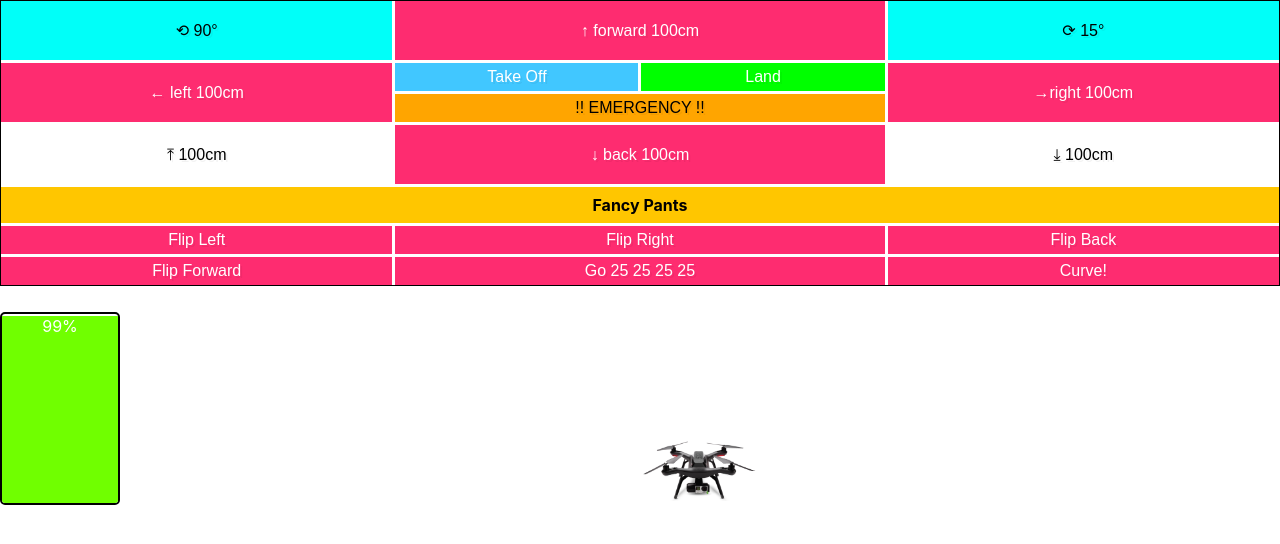
Repository: JivkoJelev91/Drone-Simulator
Page: /
An editor plug-in stored every save of this project. The page is shown before and after the next save, followed by the edit.
The browser window is 1280 px wide. The pictures show the whole page.
The project was rebuilt for these pictures with package versions that can differ from the ones it lists, and the page was loaded fresh each time.

Above is the page before, as saved 2018-12-18 17:55:01.

### src/index.css
body {
  margin: 0;
  padding: 0;
  font-family: -apple-system, BlinkMacSystemFont, "Segoe UI", "Roboto", "Oxygen",
    "Ubuntu", "Cantarell", "Fira Sans", "Droid Sans", "Helvetica Neue",
    sans-serif;
  -webkit-font-smoothing: antialiased;
  -moz-osx-font-smoothing: grayscale;
}

code {
  font-family: source-code-pro, Menlo, Monaco, Consolas, "Courier New",
    monospace;
}

.view{
  display:flex;
  padding-top:2%;

}

.parentDrone{
  width:100%;
  padding-top: 10%;
  display:flex;
  justify-content: center;
  /* transform: rotate(0deg);  */
  /* transform: translateZ(-100px) */
}

.drone img {
  width: 100%;

}

.drone{
  width:10%;

}

.batteryStyles{
  width: 10%;
  border: 2px solid black;
  border-radius: 5px;
  overflow: hidden;
  display: flex;
  flex-direction: column-reverse;
}

.batteryLevel {
  transition: all 0.5s;
  height: 100%;
  text-align: center;
  color: white;
  display: block;
  background: var(--color);
  background: #70ff00;
}

.CommandGrid{
  display: grid;
  grid-template-columns: 1fr 1.25fr 1fr;
  grid-template-rows: repeat(3, 1fr);
  border: 1px solid black;
  grid-gap: 3px;
}

.CommandGrid .center{
  display: grid;
  grid-gap: 3px;
  grid-template-columns: 1fr 1fr;
}

.CommandGrid h2{
  grid-column: 1 / -1;
  background: #ffc600;
  margin: 0;
  font-size: 1rem;
  text-align: center;
  padding: 0.5rem;
  color: black;
}

.CommandGrid .center button:last-child{
  grid-column: span 2;
}

.CommandGrid   button {
  text-shadow: 2px 2px 0 rgba(0, 0, 0, 0.05);
  border: 0;
  background: #fe2c70;
  border: 4px solid transparent;
  color: white;
  font-size: 1rem;
  position: relative;
}
.CommandGrid button:active{
  top: 2px;
}
.CommandGrid button:focus{
  outline: 0;
  border-color: #ffc600;
}
.CommandGrid button.takeoff{
  background: #41c7ff;
}
.CommandGrid button.land{
  background: #00ff00;
}
.CommandGrid button.emergency{
  background: orange;
  text-transform: uppercase;
  color: black;
}
.CommandGrid button.rotate{
  background: #00fff9;
  color: black;
}
.CommandGrid button.height{
  background: #fff;
  color: black;
}
.CommandGrid button.span.symbol {
  display: block;
  font-size: 2rem;
  font-weight: 400;
}

### src/App.js
import React, { Component } from 'react';
import Buttons from './Buttons/Buttons';
import Battery from './Buttons/Battery';
import Drone from './Buttons/Drone'
import styled from 'styled-components';
import './App.css';

class App extends Component {
  render() {
    return (
      <div className="App">
          <Buttons />
          <div className="view">
            <Battery />
            <Drone />
          </div>
      </div>
    );
  }
}

export default App;

### src/Buttons/Buttons.js
import React, { Component } from 'react';


class Buttons extends Component{
  constructor(){
    super()
    this.amount = 100;
  }

  rotate(){
    return console.log('rotate!!');
  }

  forward(){
    return console.log('forward');
  }

  back(){
      return console.log('back');
  }

  left(){
      return console.log('left');
  }

  right(){
      return console.log('right');
  }

  takeOff(){
      return console.log('takeOff');
  }

  flipLeft(){
      return console.log('flipLeft');
  }

  flipRight(){
      return console.log('flipRight');
  }

  flipForward(){
      return console.log('flipForward');
  }

  flipBack(){
      return console.log('flipBack');
  }

  hight(){
      return console.log('hight');
  }

  low(){
      return console.log('low');
  }

  land(){
      return console.log('land');
  }

  emergency(){
      return console.log('emergency');
  }

  render(){
    return (
      <div className="CommandGrid">
    <button className="rotate" onClick={this.rotate}>
      <span className="symbol">⟲</span> 90°
    </button>
    <button onClick={this.forward}>
      <span className="symbol">↑</span> forward {this.amount}cm
    </button>
    <button className="rotate" onClick={this.rotate}>
      <span className="symbol">⟳</span> 15°
    </button>
    <button onClick={this.left}>
      <span className="symbol">←</span> left {this.amount}cm
    </button>
    <div className="center">
      <button className="takeoff" onClick={this.takeOff}>
        Take Off
      </button>
      <button className="land" onClick={this.land}>
        Land
      </button>
      <button className="emergency" onClick={this.emergency}>
        !! emergency !!
      </button>
    </div>
    <button onClick={this.right}>
      <span className="symbol">→</span>
      right {this.amount}cm
    </button>
    <button className="height" onClick={this.hight}>
      <span className="symbol">⤒</span> {this.amount}cm
    </button>
    <button onClick={this.back}>
      <span className="symbol">↓</span> back {this.amount}cm
    </button>
    <button className="height" onClick={this.low}>
      <span className="symbol">⤓</span> {this.amount}cm
    </button>
    <h2>Fancy Pants</h2>
    <button onClick={this.flipLeft}>Flip Left</button>
    <button onClick={this.flipRight}>Flip Right</button>
    <button onClick={this.flipBack}>Flip Back</button>
    <button onClick={this.flipForward}>Flip Forward</button>
    <button onClick={console.log('TODO')}>Go 25 25 25 25</button>
    <button onClick={console.log('TODO')}>
      Curve!
    </button>
  </div>
    )
  }
}

export default Buttons;

### src/Buttons/Battery.js
import React, {Component}  from 'react';


class Battery extends Component {
  constructor(){
    super();
    this.state = {
      batteryLevel: 0
    }
    this.countdown = null;
    this.counter = 0;
  }

  lowBattery = () => {
      this.setState({
        batteryLevel: parseInt((10000 - ++this.counter) / 100)
      });
  }

  componentDidMount() {
    this.countdown = setInterval(this.lowBattery, 1000);
  }

  componentWillUnmount() {
    if(this.batteryLevel === 0) clearInterval(this.countdown);
  }

  componentWillMount(){
    this.lowBattery();
  }

  render() {
    return (
      <div className="batteryStyles">
          <span className="batteryLevel" style={{ height:`${ this.state.batteryLevel }%`}}>{this.state.batteryLevel}%</span>
      </div>
    );
  }
}

export default Battery;

### src/Buttons/Drone.js
import React, { Component } from 'react';
import dronePic from '../images/drone.png'

class Drone extends Component {
  constructor(){
    super()
  }
  render() {
    return (
    <div className="parentDrone">
      <div className="drone">
        <img src={dronePic} alt="drone"/>
      </div>
    </div>
    );
  }
}

export default Drone;

Loaded but not shown: public/index.html (common file); src/index.js (common file); src/serviceWorker.js (common file); src/App.css (common file)

After the next save:
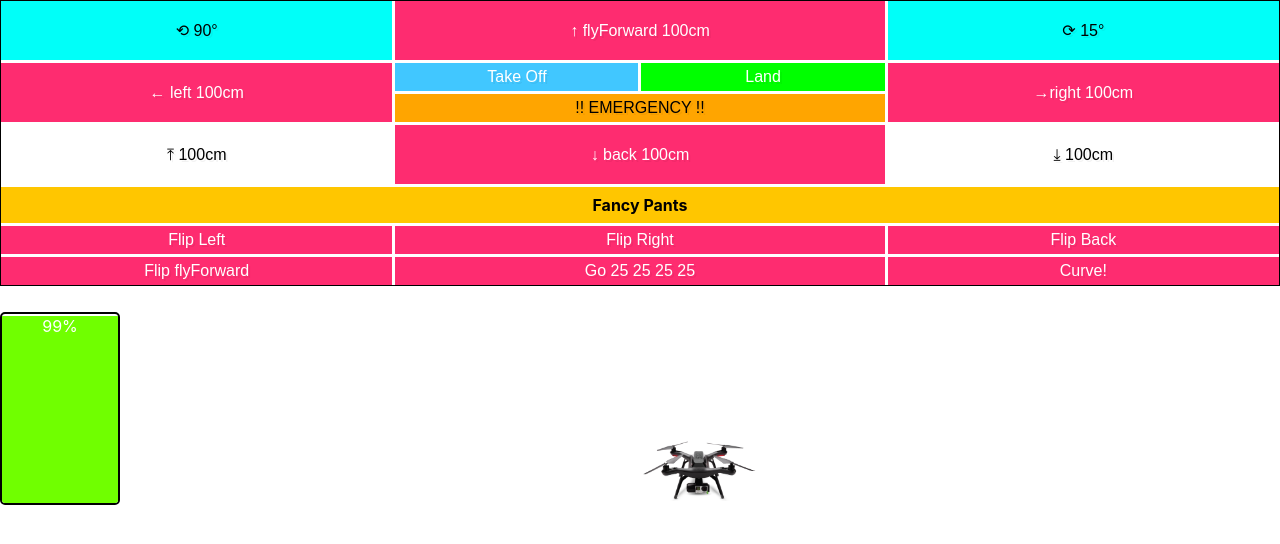
Saved 3 min 7 s later.
--- a/src/Buttons/Buttons.js
+++ b/src/Buttons/Buttons.js
@@ -5,14 +5,20 @@
   constructor(){
     super()
     this.amount = 100;
+    this.counter = 0;
+    this.state = {
+      forward: 0
+    }
   }
 
   rotate(){
     return console.log('rotate!!');
   }
 
-  forward(){
-    return console.log('forward');
+  flyForward(){
+    this.setState({
+      forward: ++this.counter
+    });
   }
 
   back(){
@@ -39,8 +45,8 @@
       return console.log('flipRight');
   }
 
-  flipForward(){
-      return console.log('flipForward');
+  flipflyForward(){
+      return console.log('flipflyForward');
   }
 
   flipBack(){
@@ -69,8 +75,8 @@
     <button className="rotate" onClick={this.rotate}>
       <span className="symbol">⟲</span> 90°
     </button>
-    <button onClick={this.forward}>
-      <span className="symbol">↑</span> forward {this.amount}cm
+    <button onClick={this.flyForward}>
+      <span className="symbol">↑</span> flyForward {this.amount}cm
     </button>
     <button className="rotate" onClick={this.rotate}>
       <span className="symbol">⟳</span> 15°
@@ -106,7 +112,7 @@
     <button onClick={this.flipLeft}>Flip Left</button>
     <button onClick={this.flipRight}>Flip Right</button>
     <button onClick={this.flipBack}>Flip Back</button>
-    <button onClick={this.flipForward}>Flip Forward</button>
+    <button onClick={this.flipflyForward}>Flip flyForward</button>
     <button onClick={console.log('TODO')}>Go 25 25 25 25</button>
     <button onClick={console.log('TODO')}>
       Curve!
